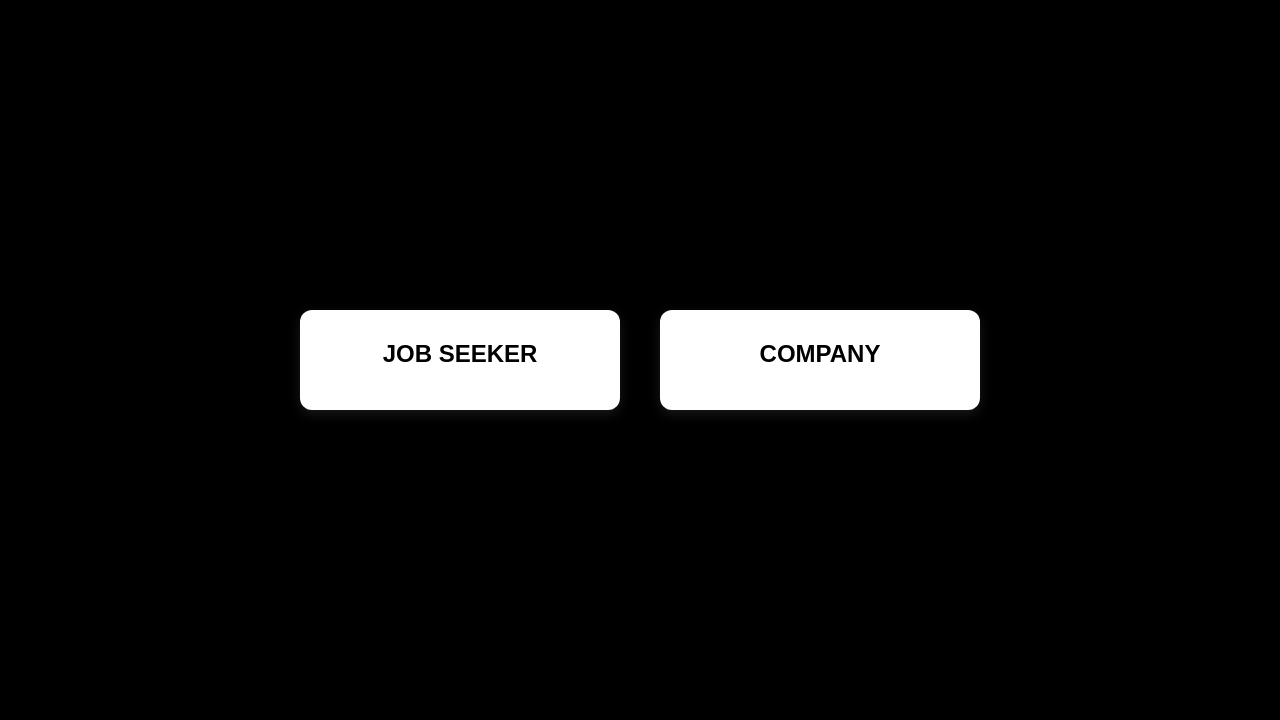
Repository: parthsabhani/Job_Portal_JSP_Servlet
Page: http://localhost/Job_Portal/home.jsp
These files come from the project's save history. The page is drawn as it stood at one moment and after the next save; the edit follows.
The browser window is 1280 px wide. The pictures show the whole page.
The page is served by Tomcat 10. Other server files are loaded and not shown.

Above is the page before, as saved 2025-04-22 05:52:27.

### Job_Portal/src/main/webapp/home.jsp
<%@ page language="java" contentType="text/html; charset=UTF-8"
    pageEncoding="UTF-8"%>
<!DOCTYPE html>
<html lang="en">
<head>
  <meta charset="UTF-8" />
  <meta name="viewport" content="width=device-width, initial-scale=1.0"/>
  <title>Reveal on Hover</title>
  <style>
    body {
      margin: 0;
      height: 100vh;
      background-color: #000;
      display: flex;
      justify-content: center;
      align-items: center;
      font-family: Arial, sans-serif;
    }

    .card-container {
      display: flex;
      gap: 40px;
    }

    .card {
      background-color: #fff;
      color: black;
      padding: 30px 50px;
      border-radius: 12px;
      box-shadow: 0 4px 12px rgba(255, 255, 255, 0.1);
      text-align: center;
      font-size: 24px;
      transition: transform 0.9s ease, box-shadow 0.4s ease;
      cursor: pointer;
      display: flex;
      flex-direction: column;
      align-items: center;
      justify-content: flex-start;
      height: 40px;
      width: 220px;
      overflow: hidden;
      position: relative;
    }

    .card:hover {
      height: 150px;
      transform: translateY(-5px);
      box-shadow: 0 6px 18px rgba(255, 255, 255, 0.2);
    }

    .card-title {
      font-weight: bold;
      margin-bottom: 20px;
      transition: margin-bottom 0.3s ease;
    }

    .card-buttons {
      opacity: 0;
      transform: translateY(20px);
      transition: opacity 0.3s ease, transform 0.3s ease;
      display: flex;
      flex-direction: column;
      gap: 10px;
    }

    .card:hover .card-buttons {
      opacity: 1;
      transform: translateY(0);
    }

    .card button {
      width: 140px;
      padding: 10px 0;
      font-size: 14px;
      border: none;
      border-radius: 6px;
      background-color: #000;
      color: white;
      transition: background-color 0.3s ease;
      box-sizing: border-box;
    }

    .card button:hover {
      background-color: #333;
    }
  </style>
</head>
<body>
  <div class="card-container">
    <div class="card">
      <div class="card-title">JOB SEEKER</div>
      <div class="card-buttons">
        <button onclick="location.href='jobSeekerRegister.jsp'">Registration</button>
        <button onclick="location.href='jobSeekerLogin.jsp'">Login</button>
      </div>
    </div>

    <div class="card">
      <div class="card-title">COMPANY</div>
      <div class="card-buttons">
        <button onclick="location.href='companyRegister.jsp'">Registration</button>
        <button onclick="location.href='companyLogin.jsp'">Login</button>
      </div>
    </div>
  </div>
</body>
</html>

After the next save:
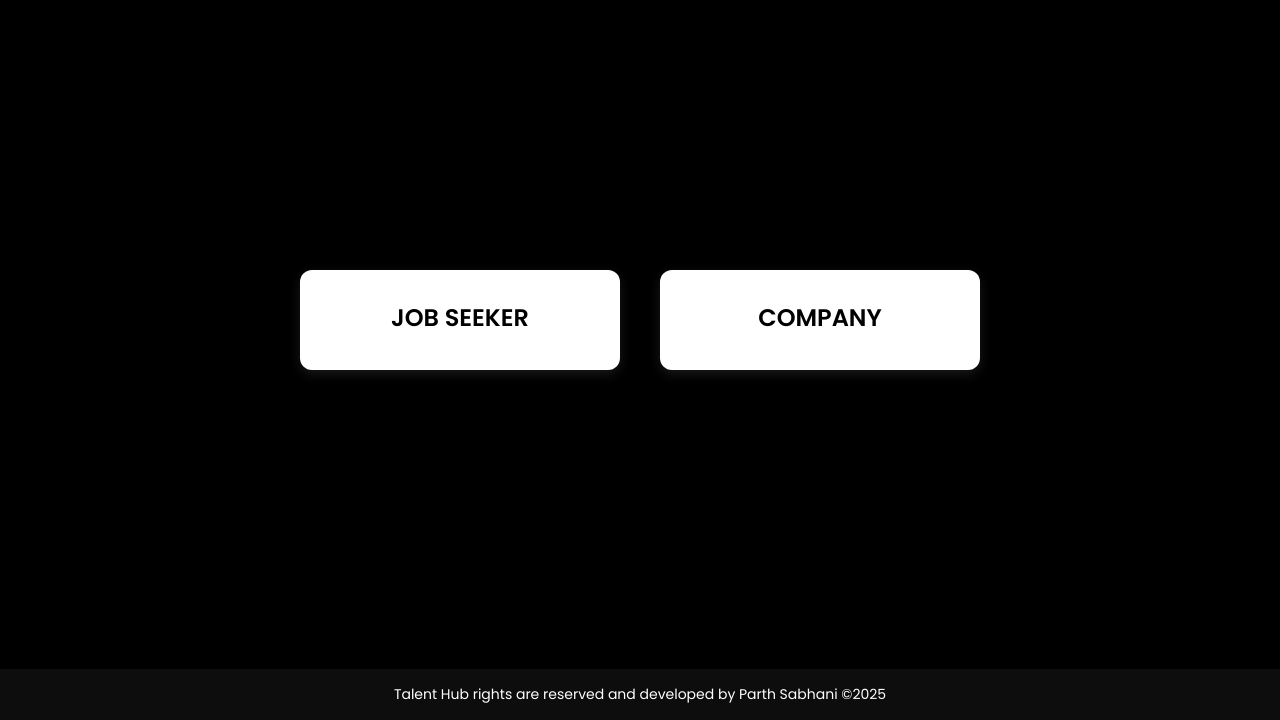
Saved 2 min 1 s later.
--- a/Job_Portal/src/main/webapp/home.jsp
+++ b/Job_Portal/src/main/webapp/home.jsp
@@ -6,20 +6,26 @@
   <meta charset="UTF-8" />
   <meta name="viewport" content="width=device-width, initial-scale=1.0"/>
   <title>Reveal on Hover</title>
+
+  <!-- Import Poppins font -->
+  <link href="https://fonts.googleapis.com/css2?family=Poppins:wght@400;600&display=swap" rel="stylesheet">
+
   <style>
     body {
       margin: 0;
       height: 100vh;
       background-color: #000;
       display: flex;
+      flex-direction: column;
       justify-content: center;
       align-items: center;
-      font-family: Arial, sans-serif;
+      font-family: 'Poppins', sans-serif;
     }
 
     .card-container {
       display: flex;
       gap: 40px;
+      margin-bottom: 80px; /* space for footer */
     }
 
     .card {
@@ -49,7 +55,7 @@
     }
 
     .card-title {
-      font-weight: bold;
+      font-weight: 600;
       margin-bottom: 20px;
       transition: margin-bottom 0.3s ease;
     }
@@ -78,10 +84,24 @@
       color: white;
       transition: background-color 0.3s ease;
       box-sizing: border-box;
+      font-family: 'Poppins', sans-serif;
     }
 
     .card button:hover {
       background-color: #333;
+    }
+
+    footer {
+      position: fixed;
+      bottom: 0;
+      width: 100%;
+      padding: 15px 0;
+      background-color: rgba(255, 255, 255, 0.05);
+      color: white;
+      text-align: center;
+      font-size: 14px;
+      font-weight: 400;
+      font-family: 'Poppins', sans-serif;
     }
   </style>
 </head>
@@ -103,5 +123,9 @@
       </div>
     </div>
   </div>
+
+  <footer>
+    Talent Hub rights are reserved and developed by Parth Sabhani ©2025
+  </footer>
 </body>
 </html>
